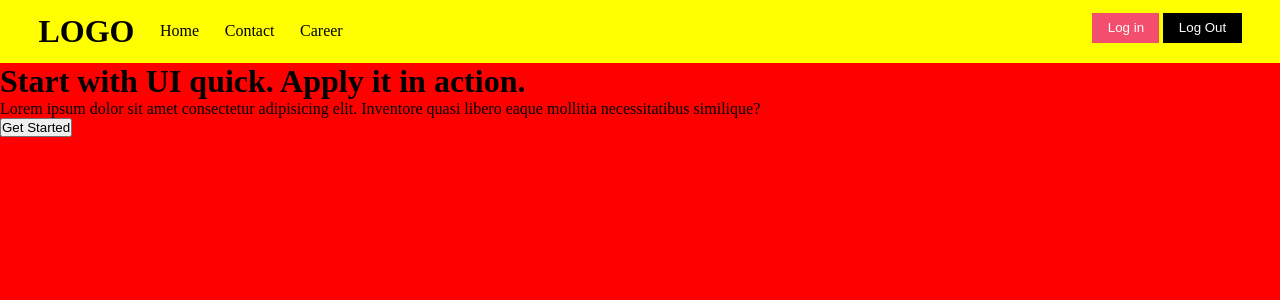
Repository: Ashishchakravartii/landingPage
Page: index.html
These files come from the project's save history. The page is drawn as it stood at one moment and after the next save; the edit follows.
The browser window is 1280 px wide. The pictures show the whole page.

Above is the page before, as saved 2024-07-24 12:37:34.

### index.html
<!DOCTYPE html>
<html lang="en">
  <head>
    <meta charset="UTF-8" />
    <meta name="viewport" content="width=device-width, initial-scale=1.0" />
    <title>Document</title>
    <link rel="stylesheet" href="style.css">
  </head>
  <body>
    <div class="main">
     <div class="navBar">
        <div class="navLeft">
        <h1>LOGO</h1>
        <a href="">Home</a>
        <a href="">Contact</a>
        <a href="">Career</a>
        </div>

        <div class="navRight">
            <button>Log in</button>
            <button>Log Out</button>
        </div>
     </div>
     <div class="bottomSec">
        <div class="bottomLeft">
            <h1>Start with UI quick. Apply it in action.</h1>
            <p>Lorem ipsum dolor sit amet consectetur adipisicing elit. Inventore quasi libero eaque mollitia necessitatibus similique?</p>
            <button>Get Started</button>
        </div>
        <div class="bottomRight"></div>
     </div>

    </div>
  </body>
</html>

### style.css
*{
    margin: 0;
    padding: 0;
    box-sizing: border-box;
}
html,
body{
    width: 100%;
    height: 100%;
}

.main{
    width: 100vw;
    height: 100vh;
    background-color: red;
}
.navBar{
    width: 100%;
    background-color: yellow;
    display: flex;
    justify-content: space-between;
    padding: 1vmax 3vmax;
}
.navLeft{
    display: flex;
    gap: 2vmax;
    align-items: center;
}
.navLeft>a{
    text-decoration: none;
    color: black;
}

.navRight>button{
    padding: 0.6vmax 1.2vmax;
    border: 0;
    color: white;
}
.navRight>button:first-child{
    background-color: #F44E6E;
}
.navRight>button:nth-child(2){
    background-color: black;
}

After the next save:
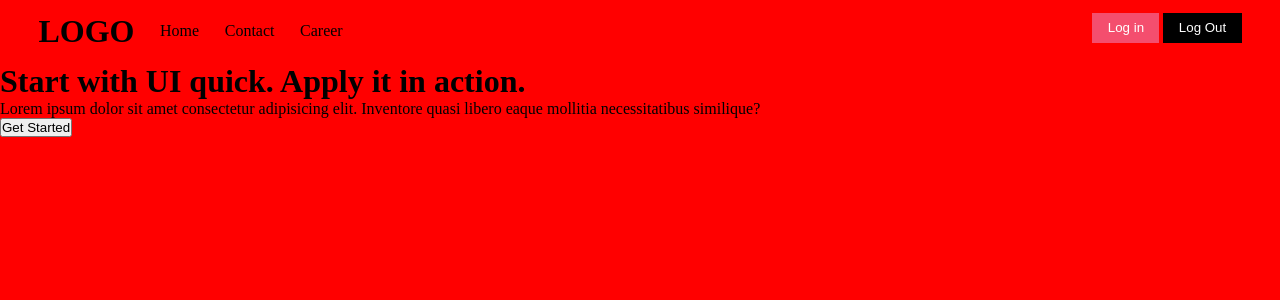
Saved 13 s later.
--- a/style.css
+++ b/style.css
@@ -16,7 +16,6 @@ body{
 }
 .navBar{
     width: 100%;
-    background-color: yellow;
     display: flex;
     justify-content: space-between;
     padding: 1vmax 3vmax;
